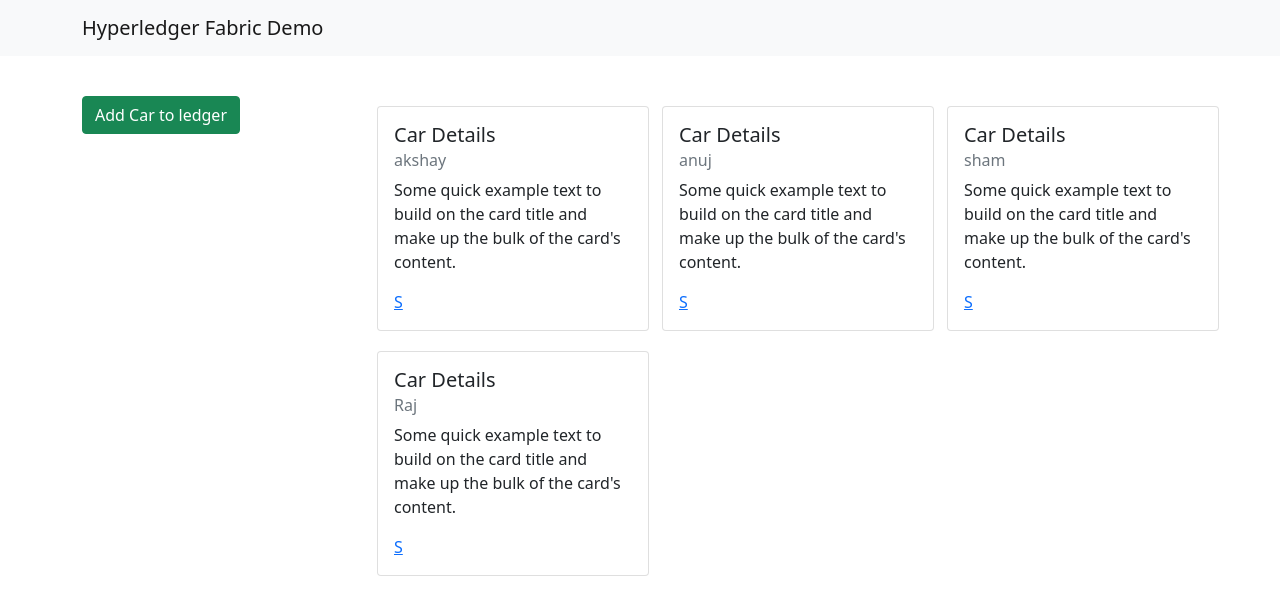
Repository: akshaykurhekar/hyperledger-asset-monetization-dapp
Page: / (app in fabcarWeb/new-ui/)
An editor plug-in stored every save of this project. The page is shown before and after a run of saves, followed by the edit.
The browser window is 1280 px wide. The pictures show the whole page.
The page's requests for data from a server got no answer. The project was rebuilt for these pictures with package versions that can differ from the ones it lists, and the page was loaded fresh each time. No one was signed in, and anything a server would have sent is missing.

Above is the page before, as saved 2022-03-31 17:02:33.

After the next 2 saves:
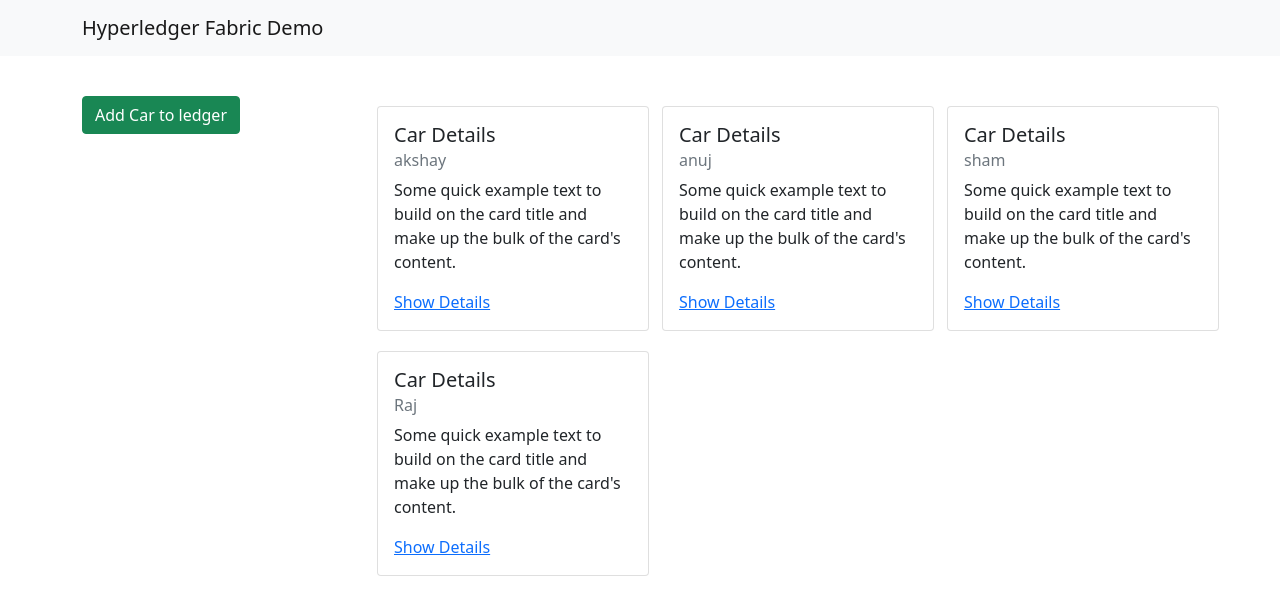
The 2 saves are shown as one change because they came seconds apart.
The last was saved 6 s later.
--- a/fabcarWeb/new-ui/src/components/card.js
+++ b/fabcarWeb/new-ui/src/components/card.js
@@ -11,7 +11,7 @@
                 Some quick example text to build on the card title and make up the bulk of
                 the card's content.
                 </Card.Text>
-                <Card.Link href="#">S</Card.Link>
+                <Card.Link href="#">Show Details</Card.Link>
             </Card.Body>
         </Card>
     );
